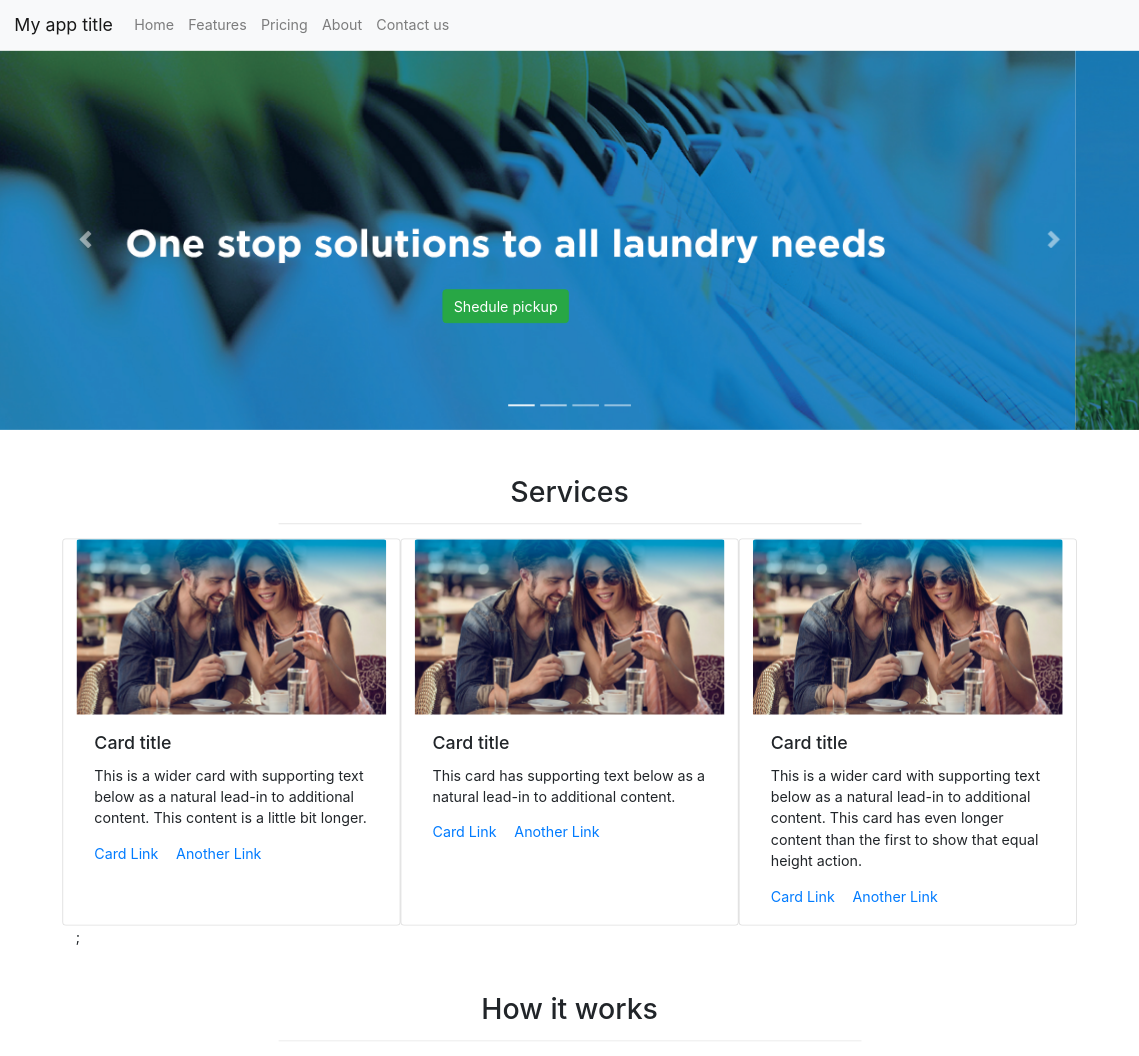
Repository: sravani123/BasicReactWebApp
Page: /
The author's editor kept a copy of each file at every save. The page is drawn from the files as they stood at one save, then again after the next save.
The browser window is 1280 px wide. The pictures show the whole page, at 89% of full size.
Some web libraries are served in a nearby version. The project was rebuilt for these pictures with package versions that can differ from the ones it lists, and the page was loaded fresh each time. Also part of the build but not shown: src/components/Pricing/Pricing.js, src/components/About/About.js, src/components/Features/Features.js, src/components/Contact/Contact.js.

Above is the page before, as saved 2019-03-07 01:05:22.

After the next save:
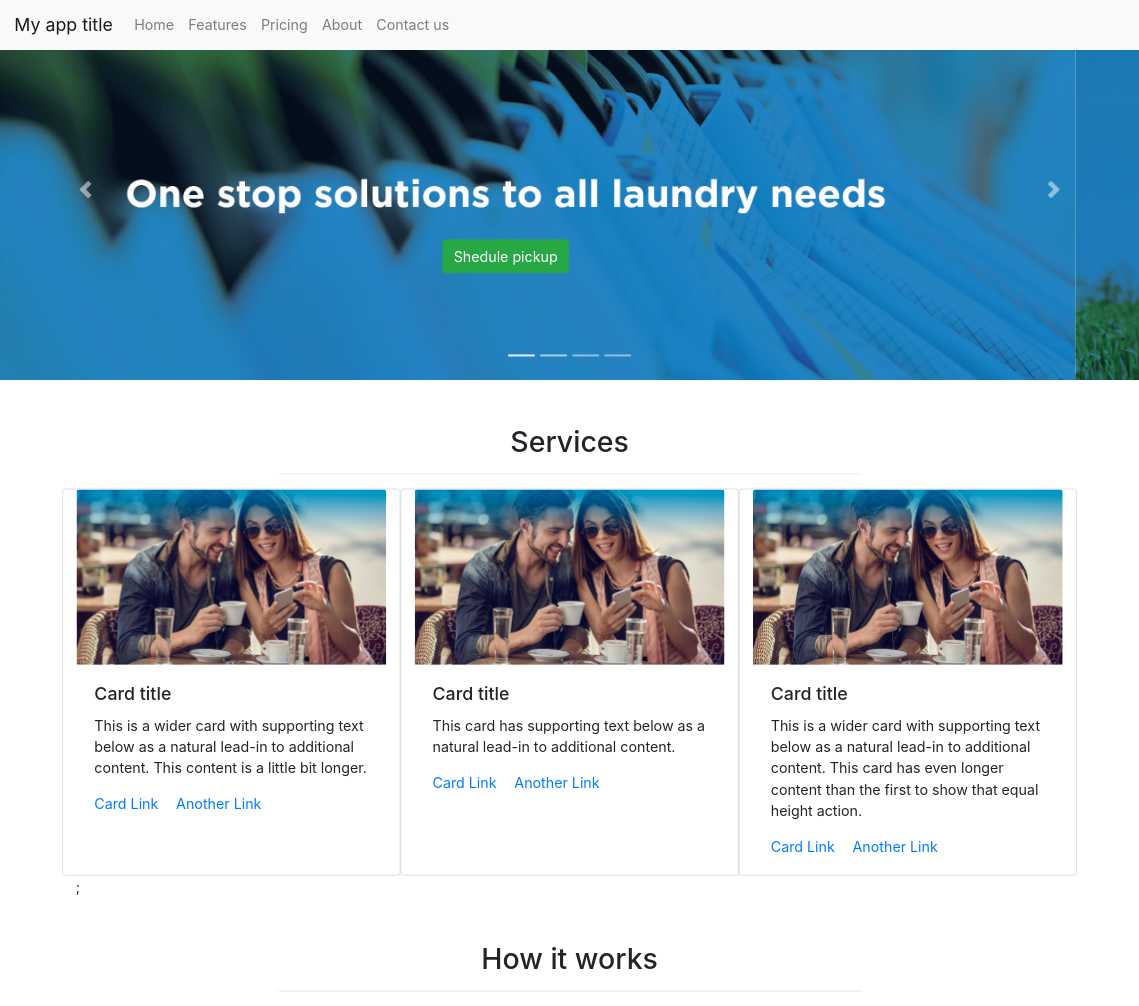
Saved 16 h 32 min later.
--- a/src/components/common/Header.js
+++ b/src/components/common/Header.js
@@ -6,7 +6,7 @@ import {Navbar, Nav} from 'react-bootstrap';
 const Header = () =>(
 <div>
 
-<nav className="navbar navbar-expand-lg navbar-light bg-light">
+<nav className="navbar fixed-top navbar-expand-lg navbar-light bg-light">
       <Link className="navbar-brand"  to="/" activeClassName="is-active" exact={true}>My app title</Link>
       <button class="navbar-toggler" type="button" data-toggle="collapse" data-target="#navbarSupportedContent" aria-controls="navbarSupportedContent" aria-expanded="false" aria-label="Toggle navigation">
         <span class="navbar-toggler-icon"></span>
